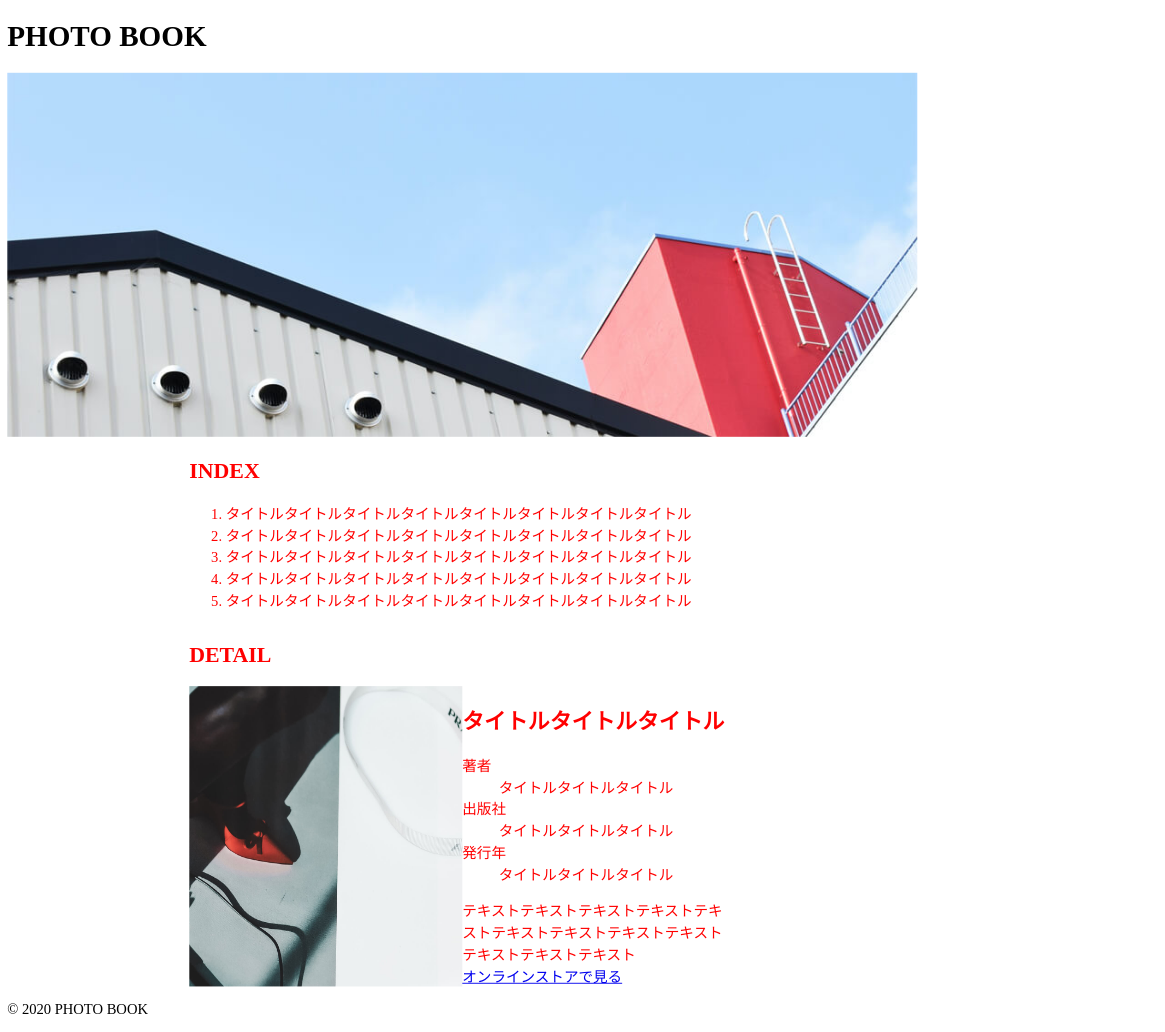
Repository: daytime/LP-study
Page: photo_book/index.html
An editor plug-in stored every save of this project. The page is shown before and after the next save, followed by the edit.
The browser window is 1280 px wide. The pictures show the whole page, at 91% of full size.

Above is the page before, as saved 2025-02-03 12:52:24.

### photo_book/index.html
<!DOCTYPE html>
<!-- https://code-jump.com/photo-menu/ -->
<html lang="ja">
  <head>
    <meta charset="UTF-8" />
    <meta name="viewport" content="width=device-width, initial-scale=1.0" />
    <style>
      @import url(./style.css);
    </style>
    <title>PHOTO BOOK</title>
  </head>
  <body>
    <header>
      <h1>PHOTO BOOK</h1>
    </header>
    <aside>
    <img src="img/mainvisual.jpg" alt="ロゴ" />
      <section id="index">
        <div>
          <h2>INDEX</h2>
          <!-- <ol number="1"> -->
          <ol>
            <li> タイトルタイトルタイトルタイトルタイトルタイトルタイトルタイトル</li>
            <li> タイトルタイトルタイトルタイトルタイトルタイトルタイトルタイトル</li>
            <li> タイトルタイトルタイトルタイトルタイトルタイトルタイトルタイトル</li>
            <li> タイトルタイトルタイトルタイトルタイトルタイトルタイトルタイトル</li>
            <li> タイトルタイトルタイトルタイトルタイトルタイトルタイトルタイトル</li>
          </ol>
        </div>
      </section>
      <section id="detail">
        <div>
          <h2>DETAIL</h2>
            <div class="fully">
              <img class="img" src="img/detail.jpg" alt="" />
              <div>
                <h2>タイトルタイトルタイトル</h2>
                <!-- <hr/> -->
                <dl class="">
                  <dt>著者</dt>
                  <dd>タイトルタイトルタイトル</dd>
                  <dt>出版社</dt>
                  <dd>タイトルタイトルタイトル</dd>
                  <dt>発行年</dt>
                  <dd>タイトルタイトルタイトル</dd>
                </dl>
                <!-- <hr/> -->
                <div class="main">
                  テキストテキストテキストテキストテキストテキストテキストテキストテキストテキストテキストテキスト
              </div>
              <div>
                <a href="https://www.google.com">オンラインストアで見る</a>
              </div>
            </div>
          </div>
      </section>
    </aside>
    <footer>
      <p>&copy 2020 PHOTO BOOK</p>
  </body>
</html>

### photo_book/style.css
.main {
  width: 300px;
}

#index {
  color: red;
  margin-left: 200px;
  display: flex;
  flex-direction: column;
}

.img {
  width: 300px;
}

#detail {
  color: red;
  margin-left: 200px;
  display: flex;
  flex-direction: row;
}

.detail {
  display: flex;
  flex-direction: column;
}

.fully {
  display: flex;
  flex-direction: row;
}

dl {
  border: 0 1 0 1;
}

After the next save:
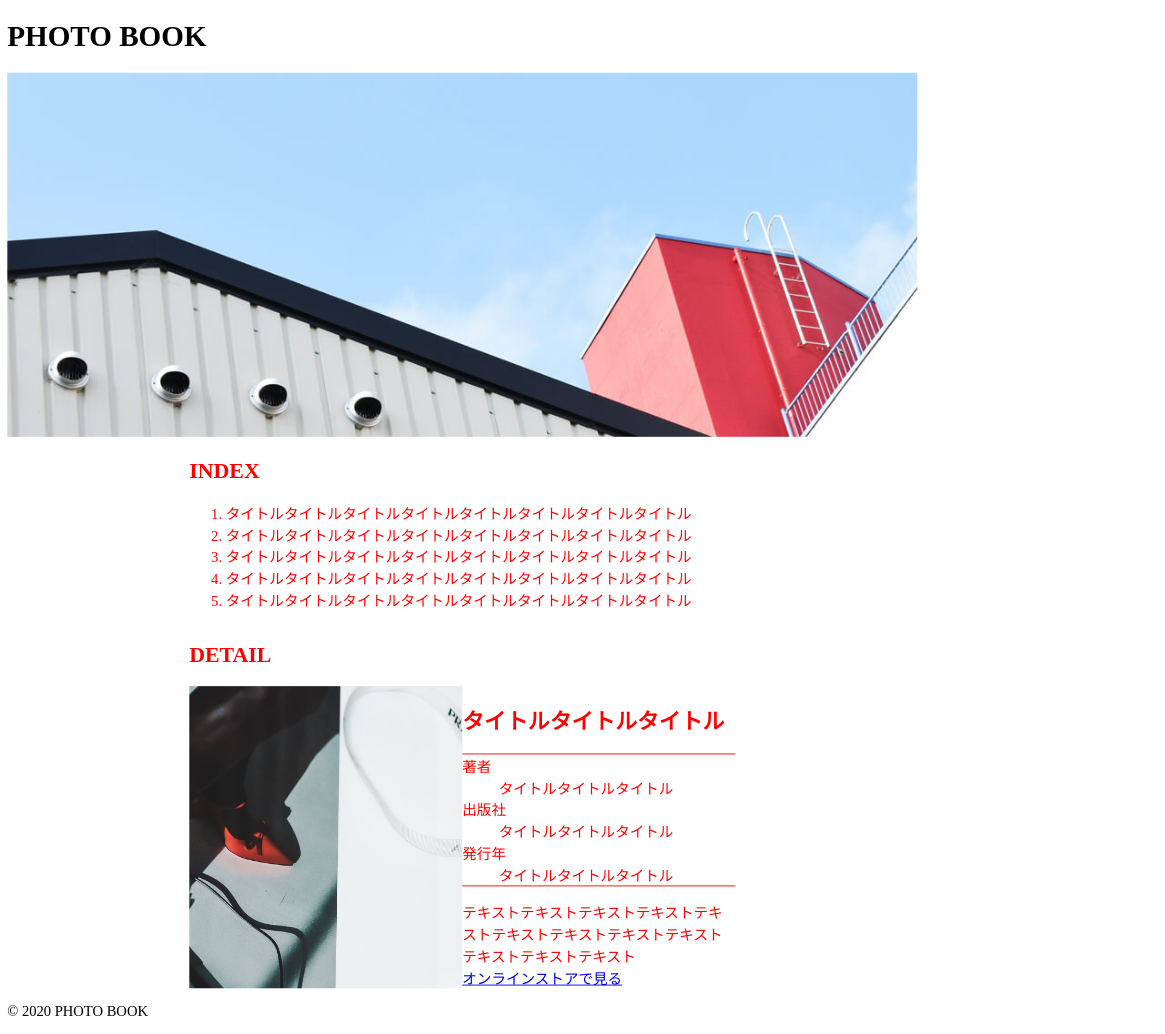
Saved 88 s later.
--- a/photo_book/style.css
+++ b/photo_book/style.css
@@ -31,5 +31,6 @@
 }
 
 dl {
-  border: 0 1 0 1;
+  border-top: solid 1px;
+  border-bottom: solid 1px;
 }
